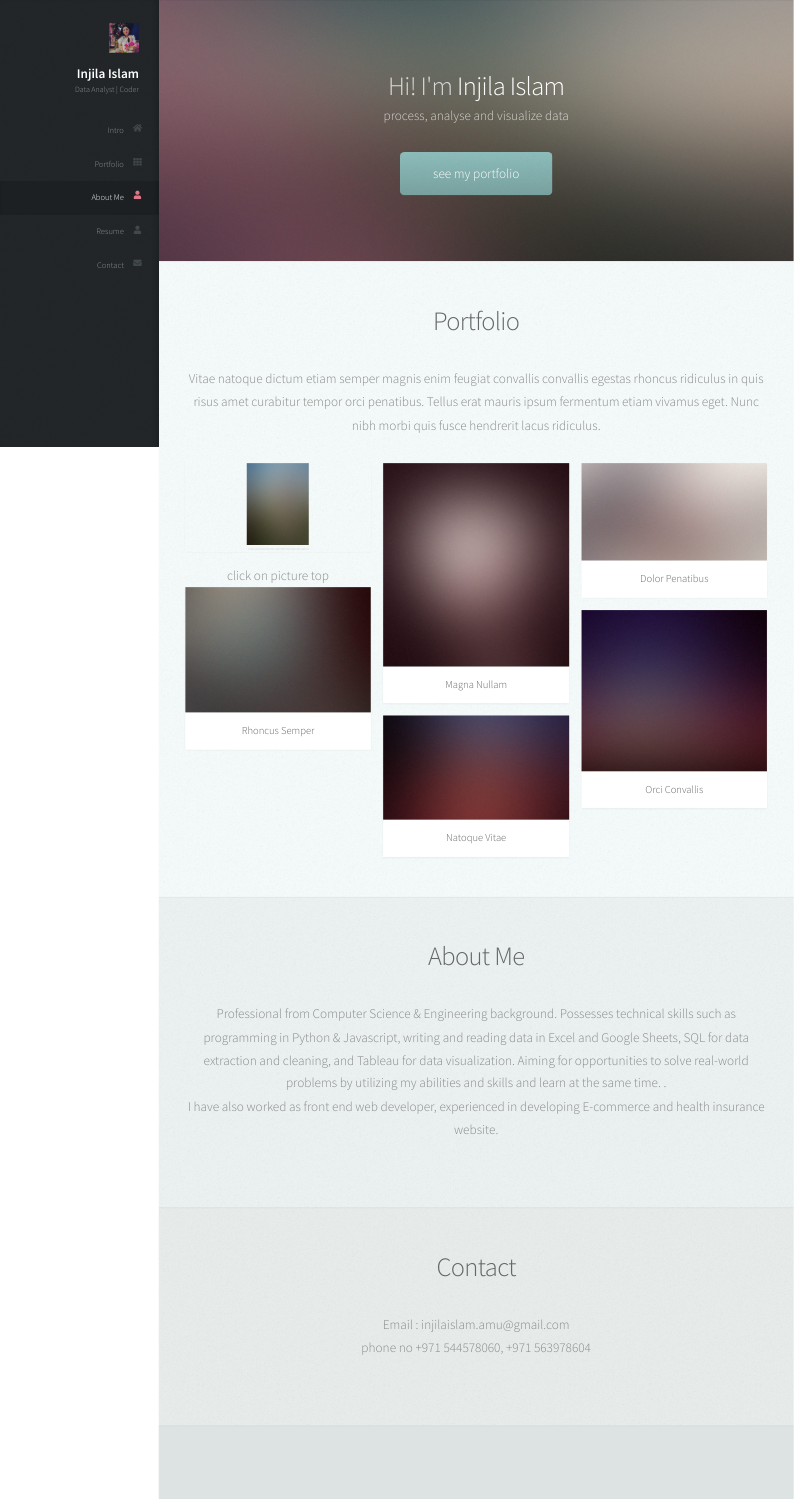
Repository: IslamInjila/new_portfolio
Page: index.html
These files come from the project's save history. The page is drawn as it stood at one moment and after the next save; the edit follows.
The browser window is 1280 px wide. The pictures show the whole page, at 62% of full size.

Above is the page before, as saved 2021-03-06 17:10:28.

After the next save:
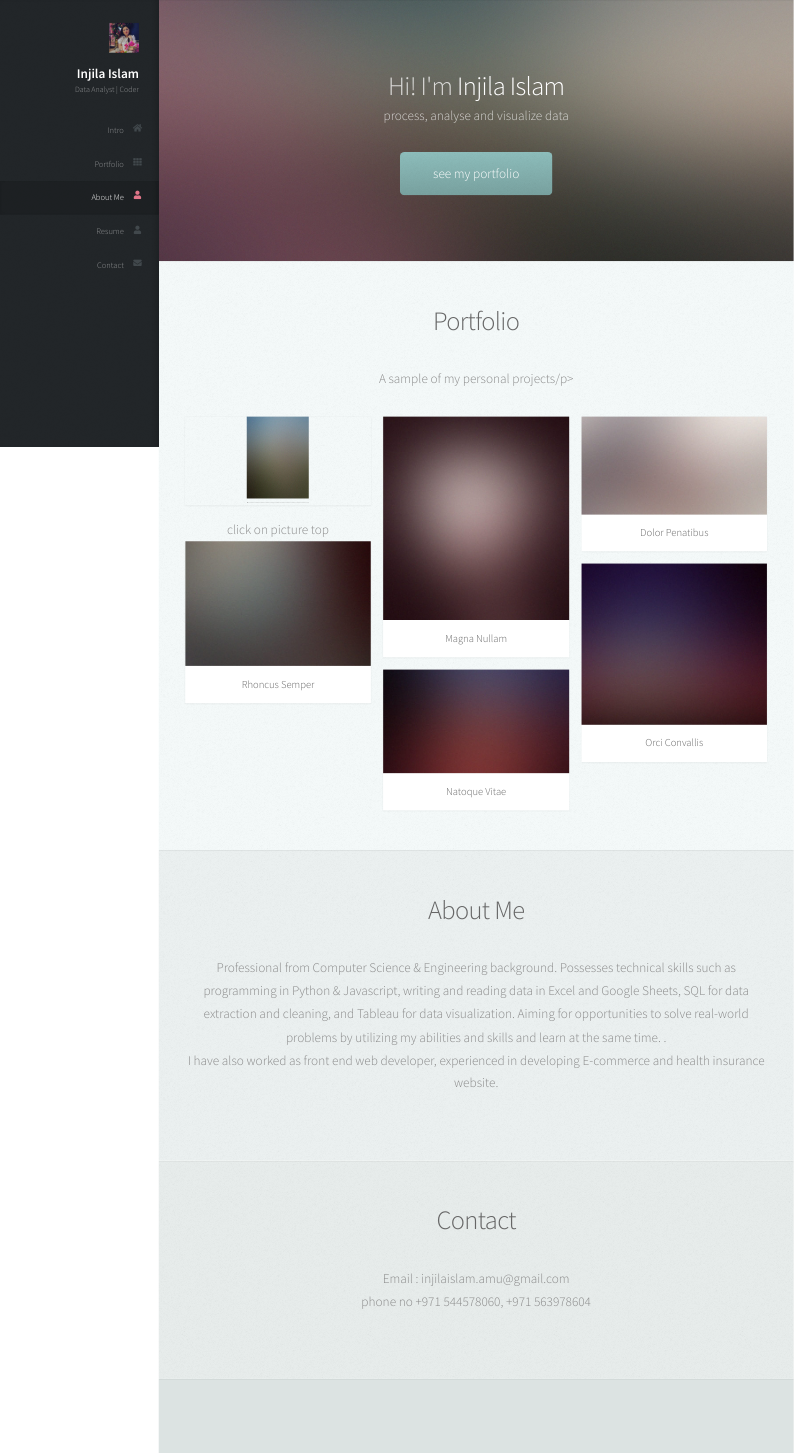
Saved 87 s later.
--- a/index.html
+++ b/index.html
@@ -81,10 +81,7 @@
 								<h2>Portfolio</h2>
 							</header>
 
-							<p>Vitae natoque dictum etiam semper magnis enim feugiat convallis convallis
-							egestas rhoncus ridiculus in quis risus amet curabitur tempor orci penatibus.
-							Tellus erat mauris ipsum fermentum etiam vivamus eget. Nunc nibh morbi quis
-							fusce hendrerit lacus ridiculus.</p>
+							<p>A sample of my personal projects/p>
 
 							<div class="row">
 								<div class="col-4 col-12-mobile">
